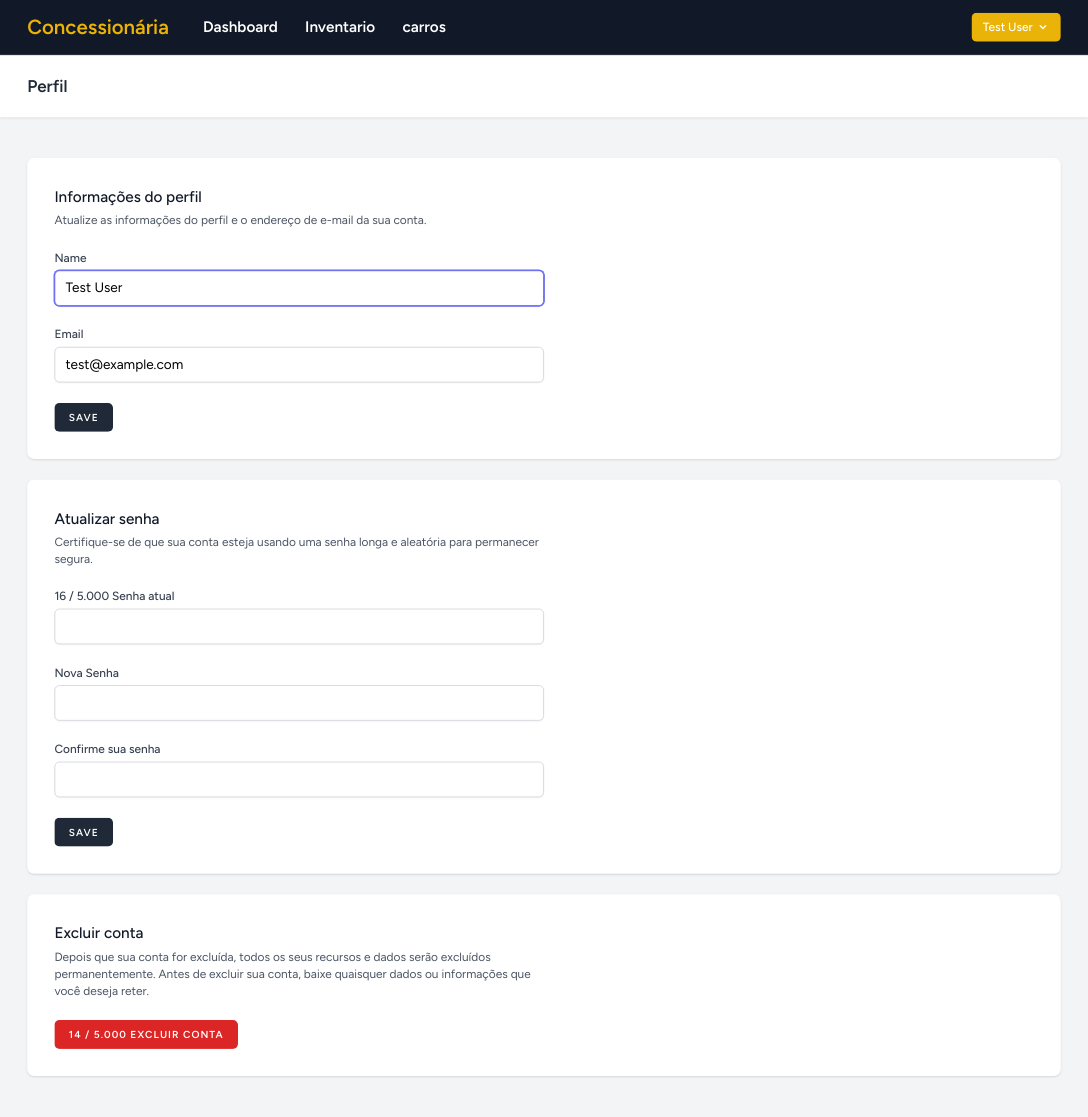
Repository: CarlosEduFF/Projeto-Concession-ria
Page: http://localhost/profile
An editor plug-in stored every save of this project. The page is shown before and after the next save, followed by the edit.
The browser window is 1280 px wide. The pictures show the whole page, at 85% of full size.
The page is served by the project's Laravel application, run on PHP 8.4 with Laravel 9. A made-up administrator, Test User (test@example.com), is signed in. Style sheets and scripts are compiled from the project's sources, by tool versions that may differ from the author's.

Above is the page before, as saved 2024-09-10 19:26:59.

After the next save:
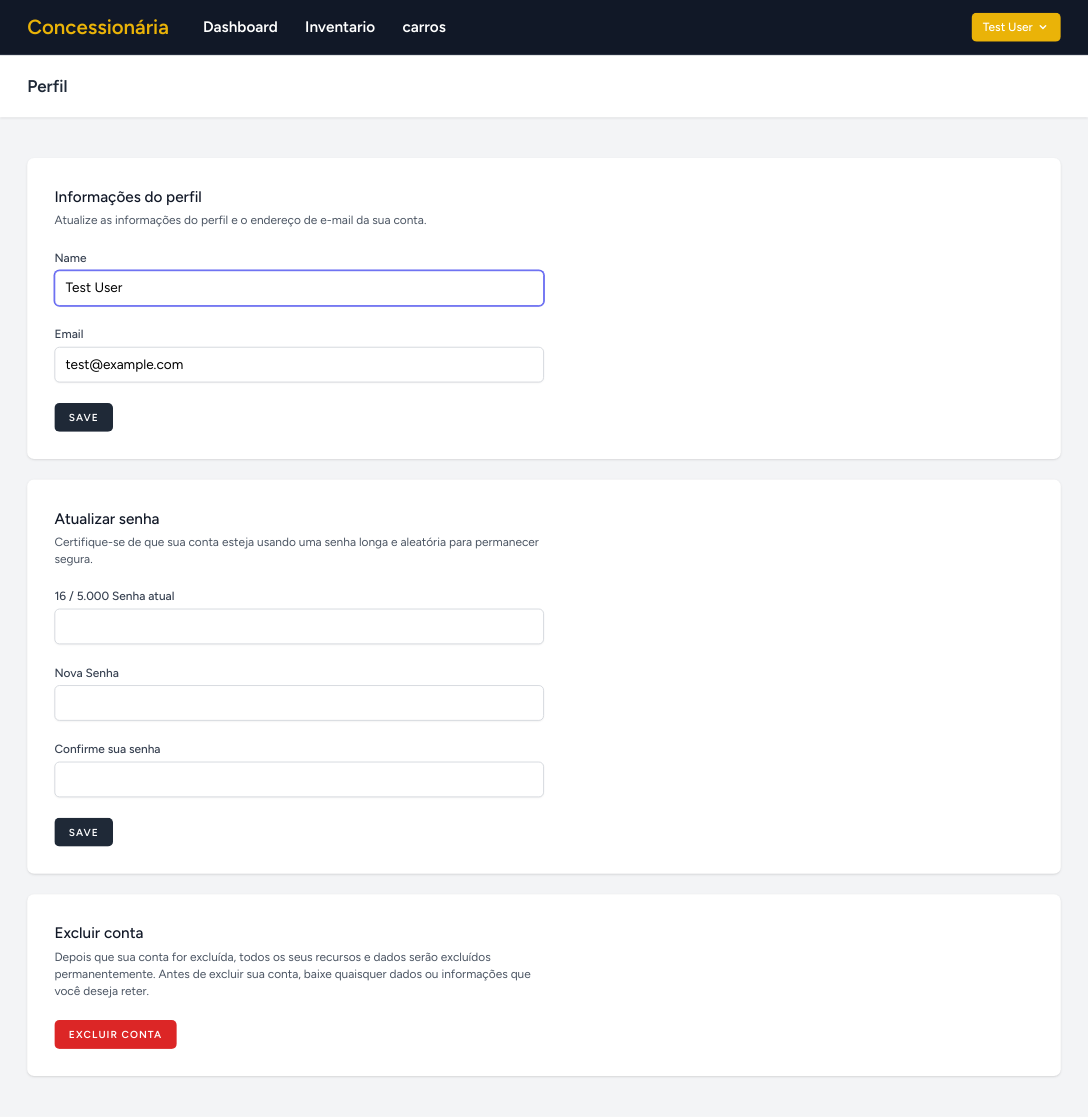
Saved 7 s later.
--- a/resources/views/profile/partials/delete-user-form.blade.php
+++ b/resources/views/profile/partials/delete-user-form.blade.php
@@ -12,7 +12,7 @@
     <x-danger-button
         x-data=""
         x-on:click.prevent="$dispatch('open-modal', 'confirm-user-deletion')"
-    >{{ __('14 / 5.000 Excluir conta') }}</x-danger-button>
+    >{{ __('Excluir conta') }}</x-danger-button>
 
     <x-modal name="confirm-user-deletion" :show="$errors->userDeletion->isNotEmpty()" focusable>
         <form method="post" action="{{ route('profile.destroy') }}" class="p-6">
